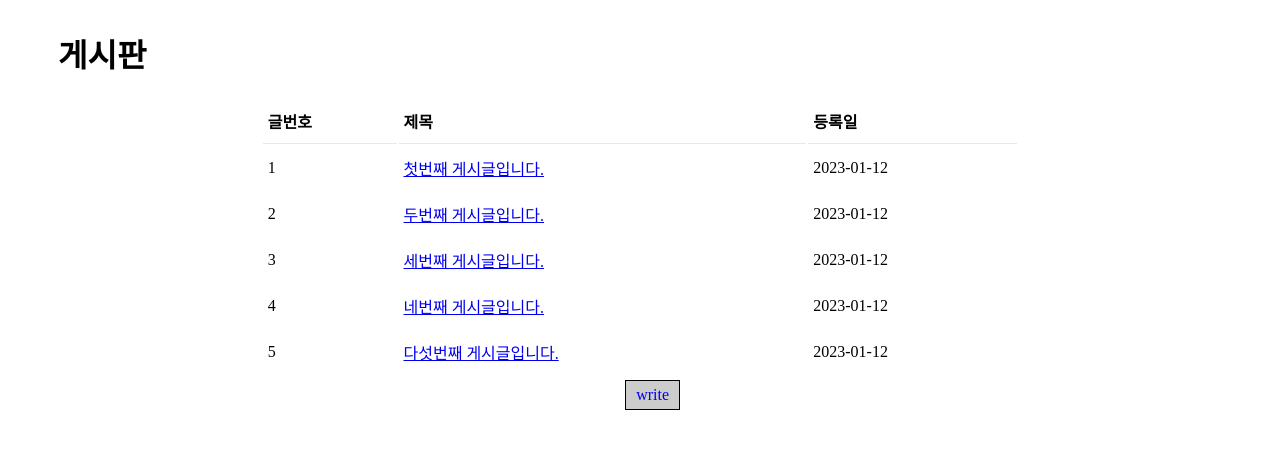
Repository: thdtjdgml415/exVoc
Page: /
An editor plug-in stored every save of this project. The page is shown before and after the next save, followed by the edit.
The browser window is 1280 px wide. The pictures show the whole page.
The project was rebuilt for these pictures with package versions that can differ from the ones it lists, and the page was loaded fresh each time. Also part of the build but not shown: src/Page/Post.css, src/Page/PostView.js, src/Page/registration.css, src/components/modal/modal.css, src/components/modal/Modal.js, src/components/modal/CheckModal.js, src/Page/Registration.js.

Above is the page before, as saved 2023-01-13 11:22:26.

### public/index.html
<!DOCTYPE html>
<html lang="en">
<head>
  <meta charset="UTF-8">
  <meta http-equiv="X-UA-Compatible" content="IE=edge">
  <meta name="viewport" content="width=device-width, initial-scale=1.0">
  <title>게시판</title>
</head>
<body>
  <div id="root"></div>
</body>
</html>

### src/App.js
import { BrowserRouter, Routes,  Route } from 'react-router-dom';
import PostMain from './Page/PostMain';
import PostView from './Page/PostView';
import Registration from './Page/Registration';

function App() {
  return (
    <div className='App'>
      <BrowserRouter>
        <Routes>
          <Route path='/postView/:no' element={<PostView/>}/>
          <Route path='/' element= {<PostMain/>}/>
          <Route path='/Registration/' element={<Registration/>}/>
        </Routes>
      </BrowserRouter>
    </div>
  )
}

export default App;

### src/Page/PostMain.js
import React from 'react'
import PostList from './PostList'

const PostMain = porps => {
  return (
    <>
      <PostList />
    </>
  )
}
export default PostMain

### src/Page/PostList.js
import React, { useEffect, useState } from 'react';
import { Link } from 'react-router-dom';
import CommonTable from '../components/table/CommonTable';
import CommonTableColumn from '../components/table/CommonTableColumn';
import CommonTableRow from '../components/table/CommonTableRow';
import CommonTableWriteBtn from '../components/table/CommonTableWriteBtn';
import { postList } from '../Data';

const PostList = props => {
  const [ dataList, setDataList ] = useState([])

  useEffect(()=> {
    setDataList(postList);
  }, [ ])

  return (
    <>
    <h1>게시판</h1>
      <CommonTable headersName={['글번호', '제목', '등록일']}>
       {
          dataList ? dataList.map((item, index) => {
            return(
              <CommonTableRow key={index}>
                <CommonTableColumn>{item.no}</CommonTableColumn>
                <CommonTableColumn>
                  <Link to={`/postView/${item.no}`}>{item.title}</Link></CommonTableColumn>
                <CommonTableColumn>{item.createDate}</CommonTableColumn>
              </CommonTableRow>
            )
          }) : ''
       }
      <Link to={'/Registration/'}>
        <CommonTableWriteBtn/>
      </Link>
      </CommonTable>
    </>
  )
}

export default PostList

### src/Data.js
const postList = [
    {
        "no": 1,
        "title": "첫번째 게시글입니다.",
        "content": "첫번째 게시글 내용입니다.",
        "createDate": "2023-01-12"
      },
      {
        "no": 2,
        "title": "두번째 게시글입니다.",
        "content": "두번째 게시글 내용입니다.",
        "createDate": "2023-01-12"
      },
      {
        "no": 3,
        "title": "세번째 게시글입니다.",
        "content": "세번째 게시글 내용입니다.",
        "createDate": "2023-01-12"
      },
      {
        "no": 4,
        "title": "네번째 게시글입니다.",
        "content": "네번째 게시글 내용입니다.",
        "createDate": "2023-01-12"
      },
      {
        "no": 5,
        "title": "다섯번째 게시글입니다.",
        "content": "다섯번째 게시글 내용입니다.",
        "createDate": "2023-01-12"
      },
]

const getPostByNo = no => {

    const array = postList.filter(x=>x.no===no);
    if(array.length == 1) {
        return array[1];
    }
    return null;
}

export {
    postList,
    getPostByNo
};

### src/components/modal/common.css
#container {
  display: flex;
  flex: 1;
  justify-content: center;
  padding-top: 5ch;
}

html {
  background-color: white;
}

h3 {
  padding: 0;
  -webkit-text-size-adjust: none;
}

h1 {
  margin-left: 50px;
  margin-top: 30px;
}

### src/components/table/CommonTable.js
import React from 'react'
import './CommonTable.css'

const CommonTable = props => {
    const {headersName, children} = props;

  return (
    <table>
        <thead>
            <tr>
                {
                    headersName.map((item, index) => {
                        return (
                            <td className='common-table-header-column' key={index}>{ item }</td>
                        )
                    })
                }
            </tr>
        </thead>
        <tbody>
            {
                children
            }
        </tbody>
    </table>
  )
}

export default CommonTable

### src/components/table/CommonTableColumn.js
import React from 'react';

const CommonTableColumn = ({ children }) => {
  return (
    <td className='common-table-column'>
      {
        children
      }
    </td>
  )
}

export default CommonTableColumn

### src/components/table/CommonTableRow.js
import React from 'react';

const CommonTableRow = ({ children }) => {
  return (
    <tr className="common-table-row">
      {
        children
      }
    </tr>
  )
}

export default CommonTableRow;

### src/components/table/CommonTableWriteBtn.js
import React from 'react';


const CommonTableWriteBtn = () => {
  return (

      <div className='post-write-btn'
       style={{border: '1px solid black', display: 'inline-block', backgroundColor: '#ccc'}}>write</div>

  )
}

export default CommonTableWriteBtn

### src/components/table/CommonTable.css
table {
  margin: 0 auto;
  width: 60%;
}

.common-table {
    width: 70%;
    margin: 0 auto;
    text-align: center;
    border-spacing: 0;
  }

.common-table-header-column {
  border-bottom: 1px solid #e8e8e8;
  padding: 0;
  font-size: 16px;
  padding: 10px 5px;
  font-weight: bold;
}

.common-table-row:hover {
  background-color: #eceaea;
  cursor: pointer;
}

.common-table-column {
  padding: 10px 5px;
}


/* button */
.post-write-btn {
  padding: 5px 10px;
  position: absolute;
  right: 600px;
  top: 380px;
}

Loaded but not shown: src/index.js (common file)

After the next save:
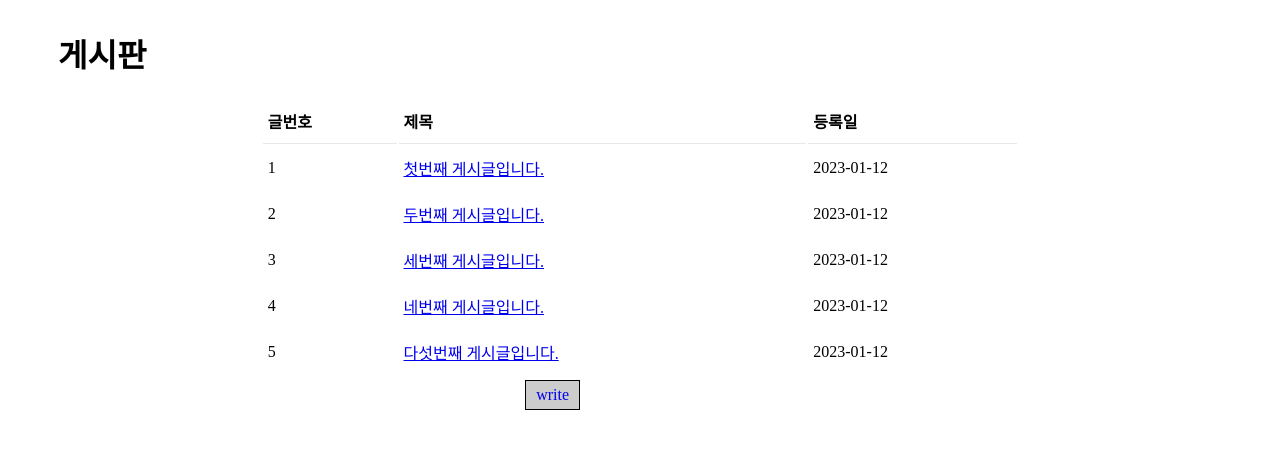
Saved 5 s later.
--- a/src/components/table/CommonTable.css
+++ b/src/components/table/CommonTable.css
@@ -32,6 +32,6 @@ table {
 .post-write-btn {
   padding: 5px 10px;
   position: absolute;
-  right: 600px;
+  right: 700px;
   top: 380px;
 }
